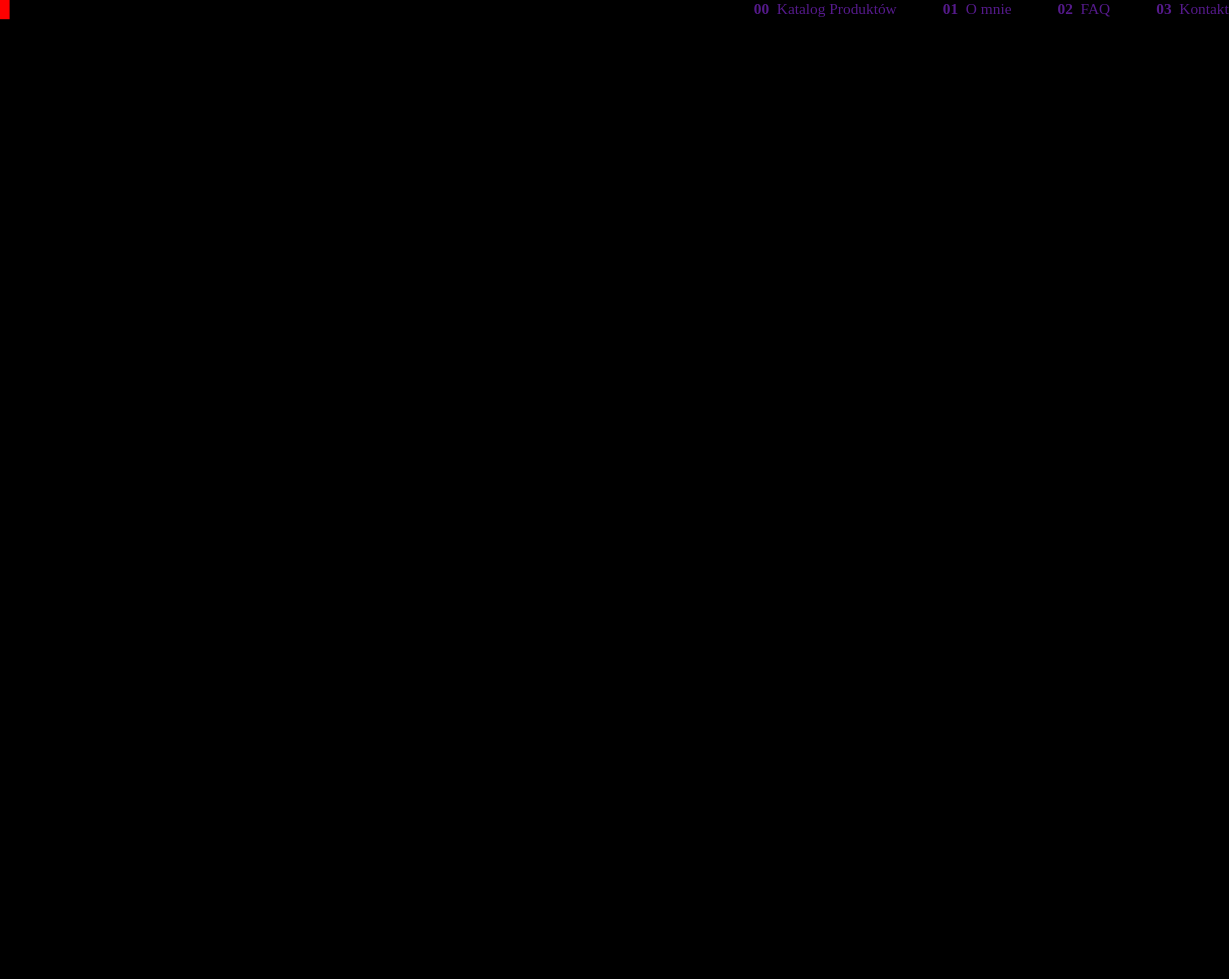
Repository: kowalkos/Rak_projekt
Page: /
These files come from the project's save history. The page is drawn as it stood at one moment and after the next save; the edit follows.
The browser window is 1280 px wide. The pictures show the whole page, at 96% of full size.
The project was rebuilt for these pictures with package versions that can differ from the ones it lists, and the page was loaded fresh each time.

Above is the page before, as saved 2022-01-02 22:09:45.

### src/index.css
body {
  margin: 0;
  background-color: black;
  color: white;
}

### src/App.js

import './App.css';
import NavBar from './components/navbar/NavBar';
function App() {
  return (
    <div className="App">
     <NavBar/>
     <div style={{height:"1000px"}}></div>
    </div>
  );
}

export default App;

### src/components/navbar/NavBar.js


import './NavBar.css';
function NavBar(props) {


    return <header className='primary-header flex'>
        <div style={{width:"10px",height:"20px",backgroundColor:"red"}}>

        </div>
        <nav >
            <ul className='primary-navigation flex'>
                <li>
                    <a href=''>
                        <span aria-hidden="true">00</span>
                        Katalog Produktów
                    </a>
                </li>
                <li>
                    <a href=''>
                        <span aria-hidden="true">01</span>
                        O mnie
                    </a>
                </li>
                <li>
                    <a href=''>
                        <span aria-hidden="true">02</span>
                        FAQ
                    </a>
                </li>
                <li>
                    <a href=''>
                        <span aria-hidden="true">03</span>
                        Kontakt
                    </a>
                </li>
            </ul>
        </nav>
    </header>;
    // return <div className='main-nav-bar' >
    //     <div className='nav-bar__roll-down' onhover={onHoverHandle} >
    //         Katalog Produktów
    //         <div id='nav-bar__inside'>
    //             Kokardy
    //         </div>
    //         <div id='nav-bar__inside'>
    //             Kokardy
    //         </div>
    //         <div id='nav-bar__inside'>
    //             Kokardy
    //         </div>
    //         <div id='nav-bar__inside'>
    //             Kokardy
    //         </div>height:"20px";width
    //     </div >
    //     <div className='nav-bar'>
    //         O mnie
    //     </div>
    //     <div className='nav-bar'>
    //         FAQ
    //     </div>
    //     <div className='nav-bar'>
    //         Kontakt
    //     </div>

    // </div>;
}

export default NavBar;

### src/components/navbar/NavBar.css
.flex{
    display: flex;
    gap: var(--gap,3rem);
}
.primary-header{
    align-items: center;
    justify-content: space-between;
}
.primary-navigation
{
    list-style: none;
    padding: 0;
    margin: 0;
}
.primary-navigation a{
    text-decoration: none;
}
.primary-navigation a > [aria-hidden="true"]{
    font-weight: 700;
    margin-inline-end: .5rem;
}

Loaded but not shown: public/index.html (common file); src/index.js (common file); src/App.css (common file)

After the next save:
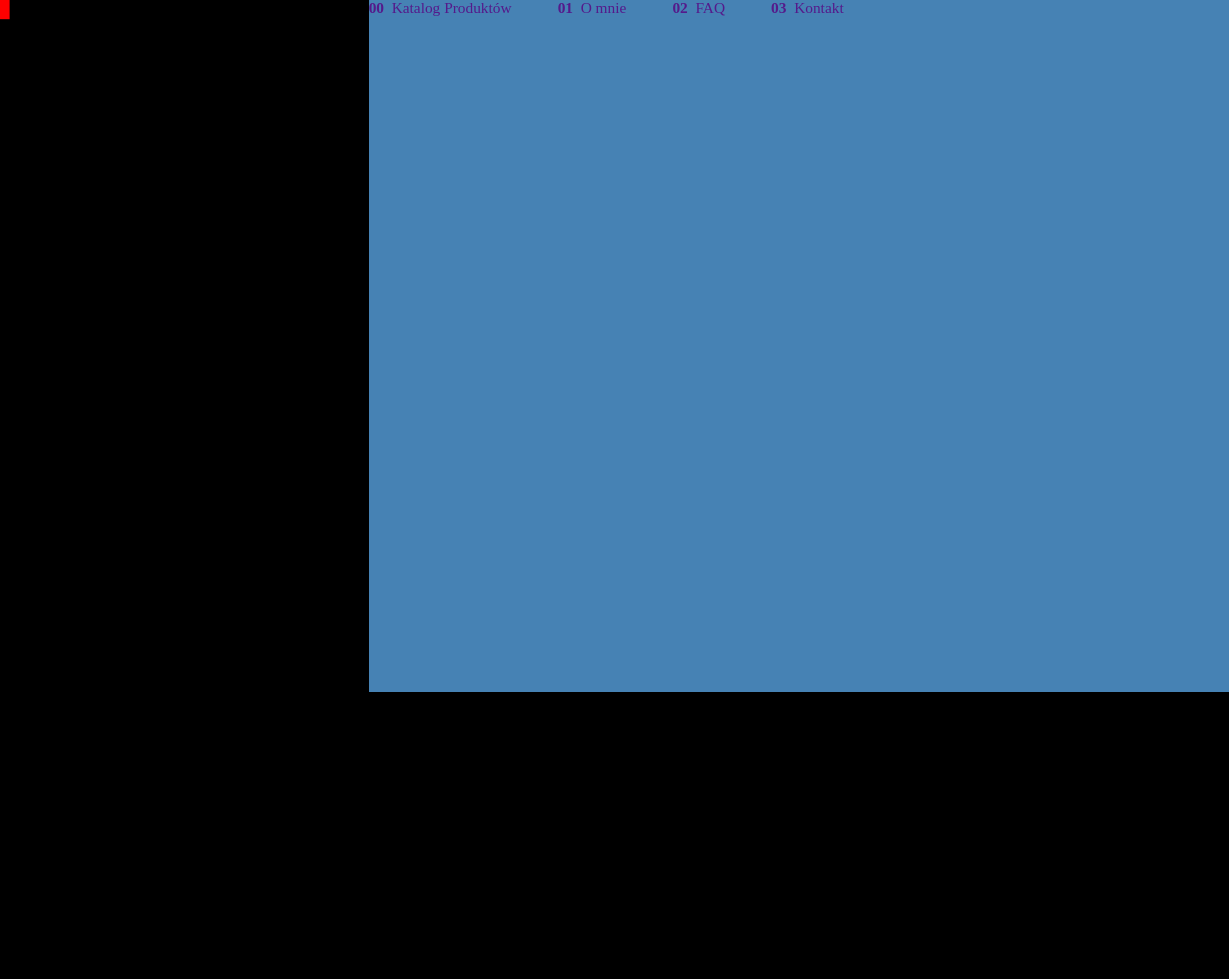
Saved 3 min 30 s later.
--- a/src/components/navbar/NavBar.css
+++ b/src/components/navbar/NavBar.css
@@ -19,3 +19,12 @@
     font-weight: 700;
     margin-inline-end: .5rem;
 }
+
+@media (min-width:35em)
+{
+    .primary-navigation{
+        position: fixed;
+        inset: 0 0 0 30%;
+        background: steelblue;
+    }
+}

After the save that followed:
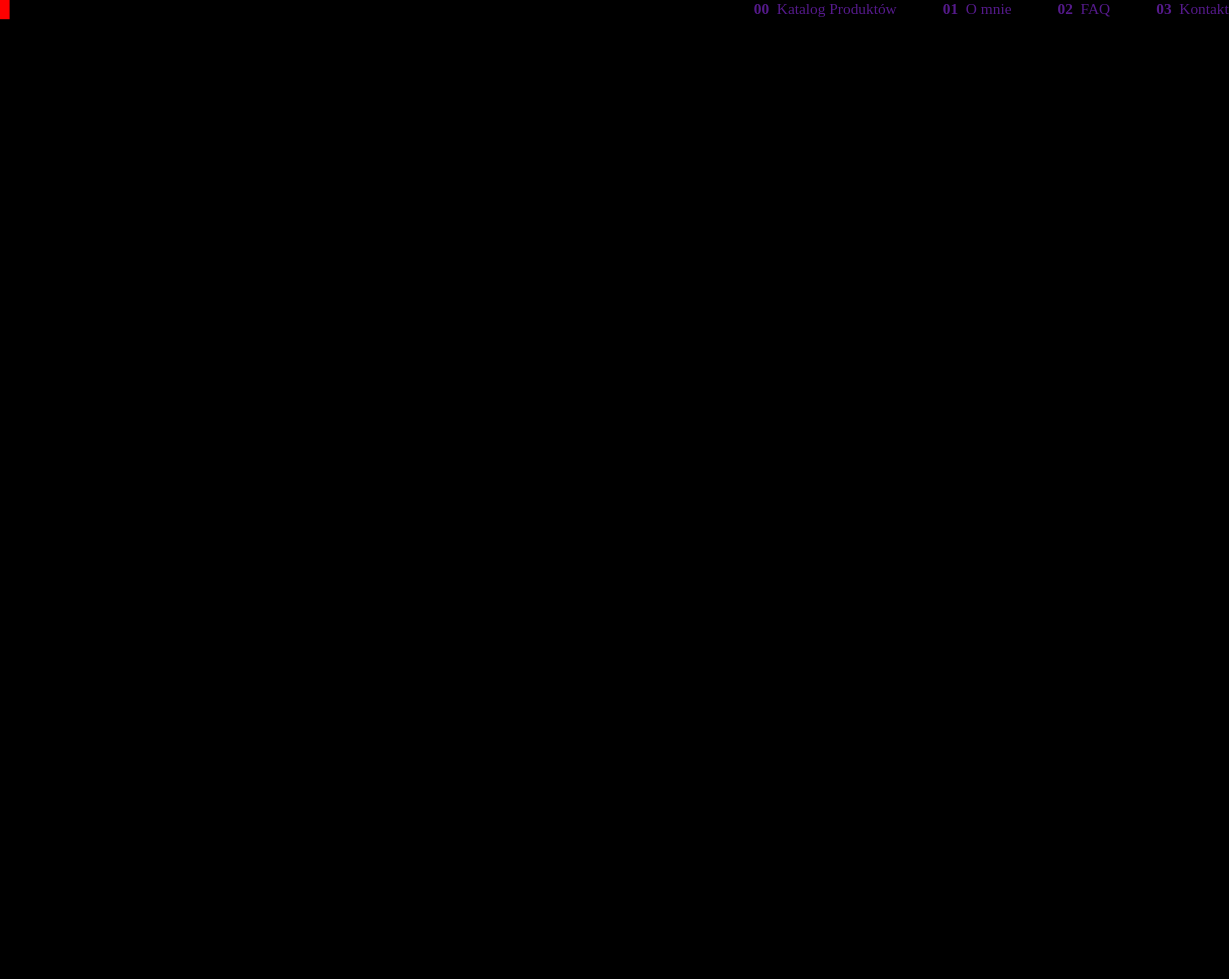
Saved 2 min 9 s later.
--- a/src/components/navbar/NavBar.css
+++ b/src/components/navbar/NavBar.css
@@ -20,7 +20,7 @@
     margin-inline-end: .5rem;
 }
 
-@media (min-width:35em)
+@media (max-width:35em)
 {
     .primary-navigation{
         position: fixed;
